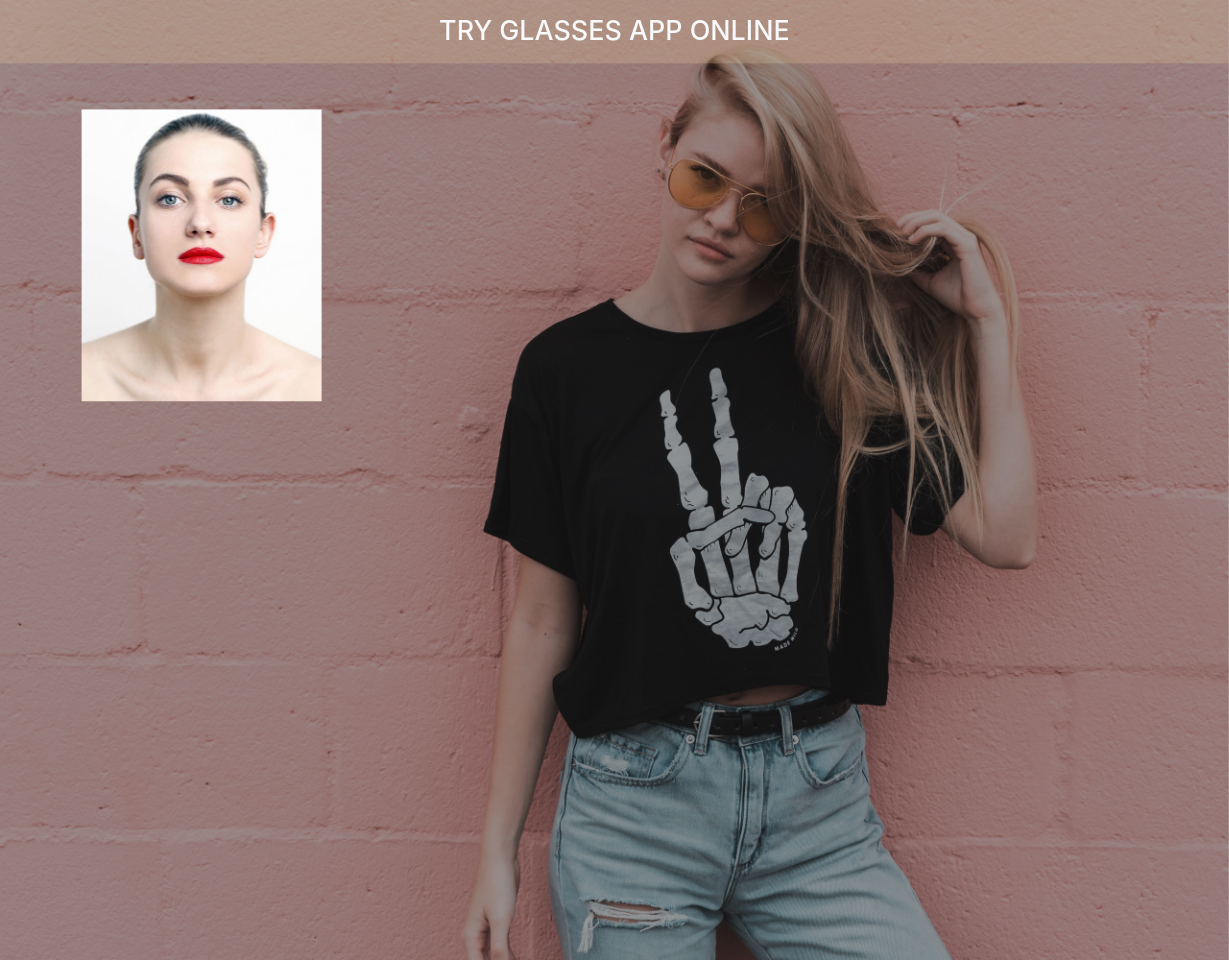
Repository: LeHieuSP/Baitapthukinh_LTH_FE70
Page: /
An editor plug-in stored every save of this project. The page is shown before and after a run of saves, followed by the edit.
The browser window is 1280 px wide. The pictures show the whole page, at 96% of full size.
The project was rebuilt for these pictures with package versions that can differ from the ones it lists, and the page was loaded fresh each time. Also part of the build but not shown: src/index.css, src/App.css, src/redux/actions/BaiTapDatVeAction.js, src/BaiTapRedux/BaiTapBookingTicket/ThongTinDatGhe.js, src/BaiTapRedux/BaiTapBookingTicket/HangGhe.js, src/BaiTapRedux/BaiTapBookingTicket/BaiTapBookingTicket.js.

Above is the page before, as saved 2022-03-09 16:49:51.

### public/index.html
<!DOCTYPE html>
<html lang="en">
  <head>
    <meta charset="utf-8" />
    <link rel="icon" href="%PUBLIC_URL%/favicon.ico" />
    <meta name="viewport" content="width=device-width, initial-scale=1" />
    <meta name="theme-color" content="#000000" />
    <meta
      name="description"
      content="Web site created using create-react-app"
    />
    <link rel="apple-touch-icon" href="%PUBLIC_URL%/logo192.png" />
    <!--
      manifest.json provides metadata used when your web app is installed on a
      user's mobile device or desktop. See https://developers.google.com/web/fundamentals/web-app-manifest/
    -->
    <link rel="manifest" href="%PUBLIC_URL%/manifest.json" />
    <!--
      Notice the use of %PUBLIC_URL% in the tags above.
      It will be replaced with the URL of the `public` folder during the build.
      Only files inside the `public` folder can be referenced from the HTML.

      Unlike "/favicon.ico" or "favicon.ico", "%PUBLIC_URL%/favicon.ico" will
      work correctly both with client-side routing and a non-root public URL.
      Learn how to configure a non-root public URL by running `npm run build`.
    -->
    <link rel="stylesheet" href="https://stackpath.bootstrapcdn.com/bootstrap/4.3.1/css/bootstrap.min.css" integrity="sha384-ggOyR0iXCbMQv3Xipma34MD+dH/1fQ784/j6cY/iJTQUOhcWr7x9JvoRxT2MZw1T" crossorigin="anonymous">

    <title>React App</title>
  </head>
  <body>
    <noscript>You need to enable JavaScript to run this app.</noscript>
    <div id="root"></div>
    <!--
      This HTML file is a template.
      If you open it directly in the browser, you will see an empty page.

      You can add webfonts, meta tags, or analytics to this file.
      The build step will place the bundled scripts into the <body> tag.

      To begin the development, run `npm start` or `yarn start`.
      To create a production bundle, use `npm run build` or `yarn build`.
    -->
    <script src="https://code.jquery.com/jquery-3.3.1.slim.min.js" integrity="sha384-q8i/X+965DzO0rT7abK41JStQIAqVgRVzpbzo5smXKp4YfRvH+8abtTE1Pi6jizo" crossorigin="anonymous"></script>
    <script src="https://cdnjs.cloudflare.com/ajax/libs/popper.js/1.14.7/umd/popper.min.js" integrity="sha384-UO2eT0CpHqdSJQ6hJty5KVphtPhzWj9WO1clHTMGa3JDZwrnQq4sF86dIHNDz0W1" crossorigin="anonymous"></script>
    <script src="https://stackpath.bootstrapcdn.com/bootstrap/4.3.1/js/bootstrap.min.js" integrity="sha384-JjSmVgyd0p3pXB1rRibZUAYoIIy6OrQ6VrjIEaFf/nJGzIxFDsf4x0xIM+B07jRM" crossorigin="anonymous"></script>




  </body>
</html>

### src/index.js
import React from 'react';
import ReactDOM from 'react-dom';
import './index.css';
import App from './App';
import reportWebVitals from './reportWebVitals';

import {Provider} from 'react-redux';
import {createStore} from 'redux';
import {rootReducer} from './redux/reducer/rootReducer';

const store = createStore(rootReducer);

ReactDOM.render(
  <Provider store={store}>

    <App />

  </Provider>,
  document.getElementById('root')
);

// If you want to start measuring performance in your app, pass a function
// to log results (for example: reportWebVitals(console.log))
// or send to an analytics endpoint. Learn more: https://bit.ly/CRA-vitals
reportWebVitals();

### src/App.js

import { Component } from 'react';
import './App.css';
import BaiTapBookingTicket from './BaiTapRedux/BaiTapBookingTicket/BaiTapBookingTicket';
import BaiTapThuKinh from './BaiTapThuKinh/BaiTapThuKinh';

export default class App extends Component {
  render() {
    return (
      <div>
        {/* <BaiTapBookingTicket /> */}
        <BaiTapThuKinh />
      </div>
    )
  }
}

### src/redux/reducer/rootReducer.js
import { combineReducers } from "redux";

//import (combineReducers)
import BaiTapDatVeReducer from './BaiTapDatVeReducer';
export const rootReducer = combineReducers ({
     BaiTapDatVeReducer, // state bài tập đặt vé
})


//export default rootReducer ;

### src/BaiTapThuKinh/BaiTapThuKinh.js
import React, { Component } from "react";

export default class BaiTapThuKinh extends Component {
  render() {
    return (
      <div
        style={{
          backgroundImage: "url(./glassesImage/bg.jpg)",
          backgroundRepeat: "no-repeat",
          backgroundSize: "1500px",
          height: "1000px",
        }}
      >
        <div style={{ backgroundColor: "rgba(0,0,0,.3)", height: "1000px" }}>
          <h3
            style={{ backgroundColor: "rgba(252	,224,166,.2)" }}
            className="text-center text-light p-3"
          >
            TRY GLASSES APP ONLINE
          </h3>
          <div className="container">
          <div className="row mt-5">
            <div className="col-6">
                <img style={{width:'250px'}} src="./glassesImage/model.jpg" alt="model.jpg" />
                </div>
            <div className="col-6"></div>
          </div>
          </div>
        </div>
      </div>
    );
  }
}

### src/redux/reducer/BaiTapDatVeReducer.js
import { DAT_GHE, HUY_GHE } from "../types/BaiTapDatVeType";

const stateDefault = {
  danhSachGheDangDat: [

  ],
};

const BaiTapDatVeReducer = (state = stateDefault, action) => {
  switch (action.type) {
    case DAT_GHE: {
      let danhSachGheDangDatUpdate = [...state.danhSachGheDangDat];
      let index = danhSachGheDangDatUpdate.findIndex(
        (gheDangDat) => gheDangDat.soGhe === action.ghe.soGhe
      );
      if (index !== -1) {//khi người dùng click ghế đang đặt đã có trong mảng => remove đi
        danhSachGheDangDatUpdate.splice(index, 1);
      } else {//khi người dùng click ghế đang đặt chưa có trong mảng => push vào
          danhSachGheDangDatUpdate.push(action.ghe)
      }
      // cập nhật lại state => giao diện render lại
      state.danhSachGheDangDat = danhSachGheDangDatUpdate;

      return { ...state };
    }
    case HUY_GHE : {
      let danhSachGheDangDatUpdate = [...state.danhSachGheDangDat];
      let index = danhSachGheDangDatUpdate.findIndex(
        (gheDangDat) => gheDangDat.soGhe === action.soGhe
      );
      if (index !== -1) {//khi người dùng click ghế đang đặt đã có trong mảng => remove đi
        danhSachGheDangDatUpdate.splice(index, 1);
      }
      state.danhSachGheDangDat = danhSachGheDangDatUpdate;
      return {...state};
    }
    default:
      return { ...state };
  }
};

export default BaiTapDatVeReducer;

### src/BaiTapRedux/BaiTapBookingTicket/BaiTapBookingTicket.css
@font-face {
  font-family: "fontGame";
  src: url("/src/./font/Pony.ttf");
}

.bookingMovie {
  font-family: "fontGame";
}

.ghe {
  border: 3px solid orange;
  width: 45px;
  height: 35px;
  font-size: 12px;
  margin-left: 2%;
  margin-bottom: 1%;
  border-radius: 5px;
}

.rowNumber {
  /* font-size: 25px; */
  width: 45px;
  height: 35px;
  background: none;
  border: none;
  margin-left: 2%;
  margin-bottom: 1%;
  font-size: 30px;
  color: yellow;
}
.firstChar {
  color: yellow;
  font-size: 35px;
  margin-right: 15px;
}

.screen {
  border-bottom: 50px solid rgb(255, 159, 95);
  border-left: 50px solid transparent;
  border-right: 50px solid transparent;
  height: 100;
  width: 80%;
  filter: drop-shadow(4px 30px 20px rgba(255, 255, 255, 0.5));
  font-size: 25px;
  color: #fff;
}

.gheDuocChon {
  border: 3px solid orange;

  background: orange;
  color: #000;

  cursor: no-drop !important;
  border-radius: 5px;
  width: 45px;
  height: 35px;
}

.gheDangChon {
  background: rgb(109, 238, 109);
  border: 3px solid rgb(109, 238, 109);
  color: #000;

  cursor: pointer;
  border-radius: 5px;
  width: 45px;
  height: 35px;
}

### src/redux/types/BaiTapDatVeType.js
export const DAT_GHE = 'DAT_GHE';
export const HUY_GHE = 'HUY_GHE';

Loaded but not shown: src/reportWebVitals.js (common file)

After the next 3 saves:
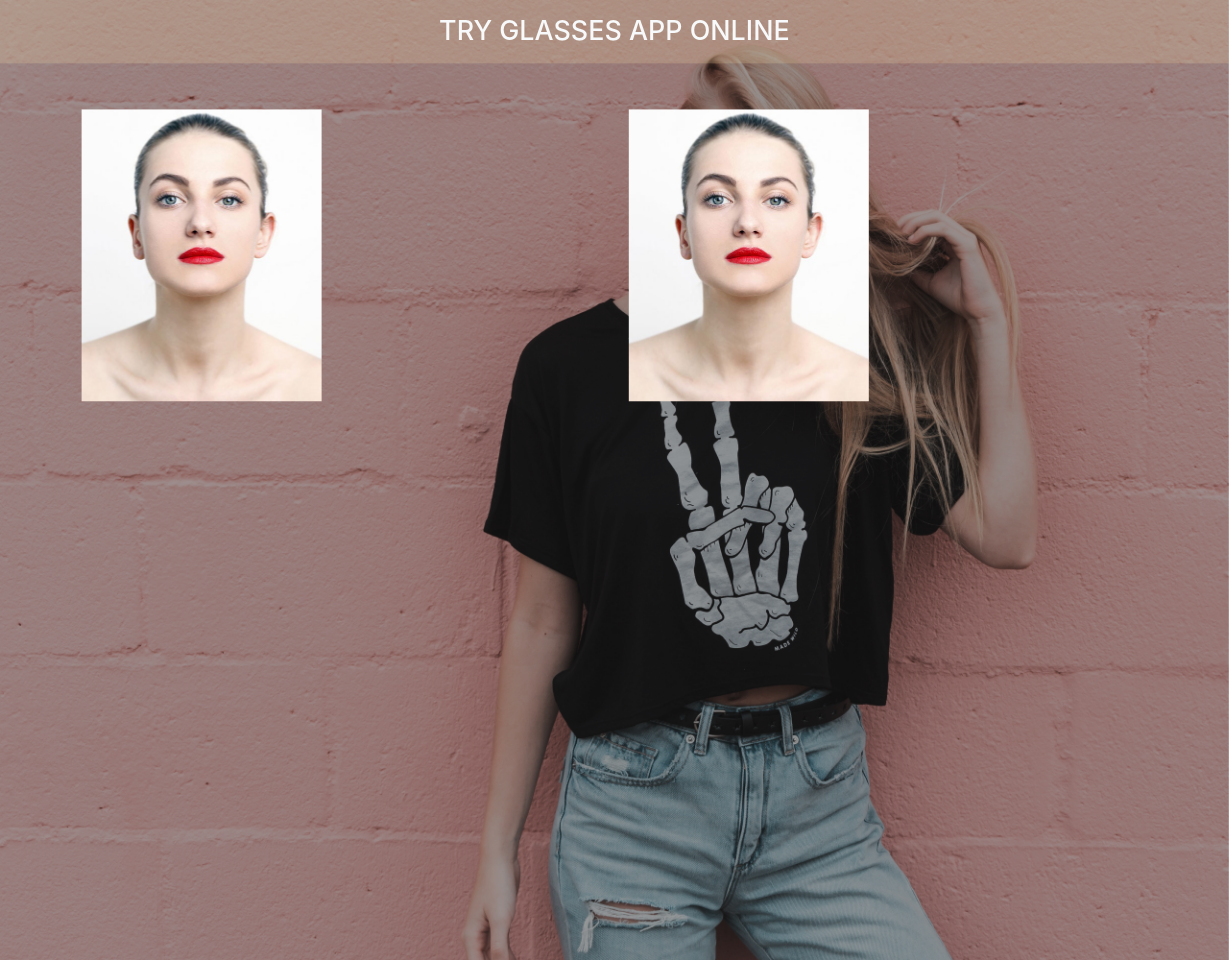
The 3 saves are shown as one change because 2 did not build or start.
The last was saved 4 min 55 s later.
--- a/src/BaiTapThuKinh/BaiTapThuKinh.js
+++ b/src/BaiTapThuKinh/BaiTapThuKinh.js
@@ -23,11 +23,15 @@
             <div className="col-6">
                 <img style={{width:'250px'}} src="./glassesImage/model.jpg" alt="model.jpg" />
                 </div>
-            <div className="col-6"></div>
+            <div className="col-6">
+                <img style={{width:'250px'}} src="./glassesImage/model.jpg" alt="model.jpg" />
+                </div>
+                </div>
+
           </div>
           </div>
         </div>
-      </div>
+
     );
   }
 }
